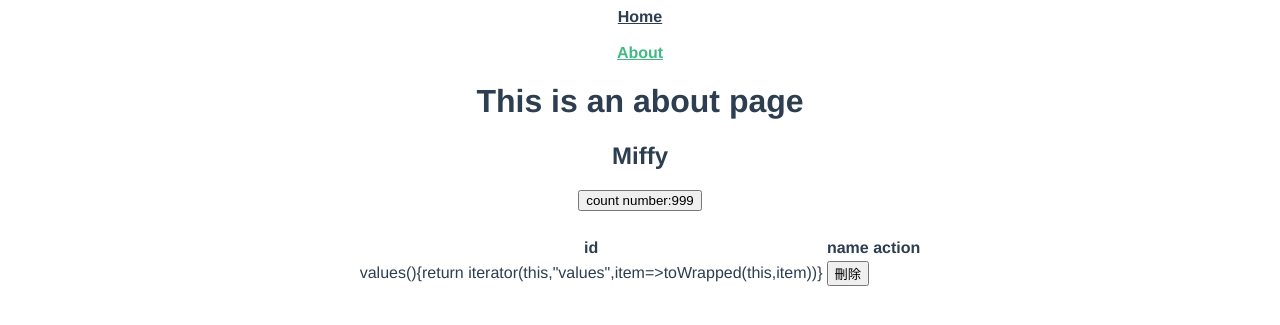
Repository: HaoMiffy/vue3-compisition-Typescript-pinia
Page: /about
An editor plug-in stored every save of this project. The page is shown before and after the next save, followed by the edit.
The browser window is 1280 px wide. The pictures show the whole page.
The project was rebuilt for these pictures with package versions that can differ from the ones it lists, and the page was loaded fresh each time. Also part of the build but not shown: vue.config.js, src/components/HelloWorld.vue, src/views/HomeView.vue.

Above is the page before, as saved 2022-12-12 13:26:07.

### src/main.ts
import { createApp } from 'vue'
import App from './App.vue'
import router from './router'
import { createPinia } from 'pinia'

createApp(App).use(createPinia()).use(router).mount('#app')

### src/App.vue
<template>
<navbar></navbar>
<RouterView></RouterView>
</template>


<script lang="ts" setup>
import navbar from './components/navbar.vue'
</script>

<style>
#app {
  font-family: Avenir, Helvetica, Arial, sans-serif;
  -webkit-font-smoothing: antialiased;
  -moz-osx-font-smoothing: grayscale;
  text-align: center;
  color: #2c3e50;
}

.nav {
  padding: 30px;
  text-align: left;
}



nav a {
  font-weight: bold;
  color: #2c3e50;
}

nav a.router-link-exact-active {
  color: #42b983;
}
</style>

### src/components/navbar.vue
<!-- eslint-disable vue/multi-word-component-names -->
<template>
    <nav class="navbar navbar-default">
        <div class="container-fluid">
            <div class="navbar-header">
                <router-link to="/" class="item">Home</router-link>
            </div>
            <br />
            <div>
                <router-link to="/about" class="item">About</router-link>
            </div>
        </div>
    </nav>
</template>

### src/views/AboutView.vue
<template>
  <div class="about">
    <h1>This is an about page</h1>
    <h2>{{ max }}</h2>
    <button @click="click()">count number:{{ counter.count }}</button>
    <div class="table">
      <table>
        <thead>
          <tr>
            <th v-for="colum in colums" :key="colum">{{colum}}</th>
            <th>action</th>
          </tr>
        </thead>
        <tbody>
          <tr v-for="(item, index) in data"  :key="index">
            <td>
              {{item.values}}
            </td>
            <td>
              <button @click="remove(index)">刪除</button>
            </td>
          </tr>
        </tbody>
      </table>
    </div>
  </div>
</template>

<script lang="ts" setup>
import { ref, reactive } from 'vue'
import { PublicStore } from '@/store/index'


const store = PublicStore()

const max = ref("Miffy")
const counter = reactive({ count: 999 })

const colums = reactive(['id', 'name'])


const data = reactive([
store.$state.data
])

function click() {
  counter.count++
}

function remove(index: number) {
  data.splice(index, 1);
  console.log(data)
}



</script>

<style>
.table {
  margin-top: 25px;
  display: flex;
  justify-content: center;
  align-items: center;
}
</style>

### src/store/index.ts
import { defineStore } from 'pinia'
export const PublicStore = defineStore('Public', { // Public项目唯一id
  state: () => ({
      data: [
        {
          id: 123,
          name: "Miffy"
        },
        {
          id: 456,
          name: "Miffy"
        },
        {
          id: 789,
          name: "Miffy"
        }
      ]
  }),
  getters: {

  },
  actions: {

  },
})

Loaded but not shown: src/router/index.ts (common file)

After the next save:
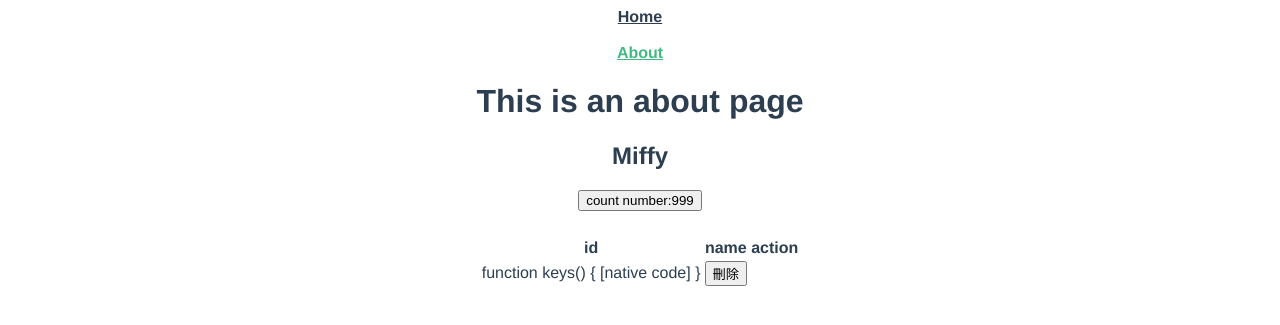
Saved 14 s later.
--- a/src/views/AboutView.vue
+++ b/src/views/AboutView.vue
@@ -14,7 +14,7 @@
         <tbody>
           <tr v-for="(item, index) in data"  :key="index">
             <td>
-              {{item.values}}
+              {{item.keys}}
             </td>
             <td>
               <button @click="remove(index)">刪除</button>
